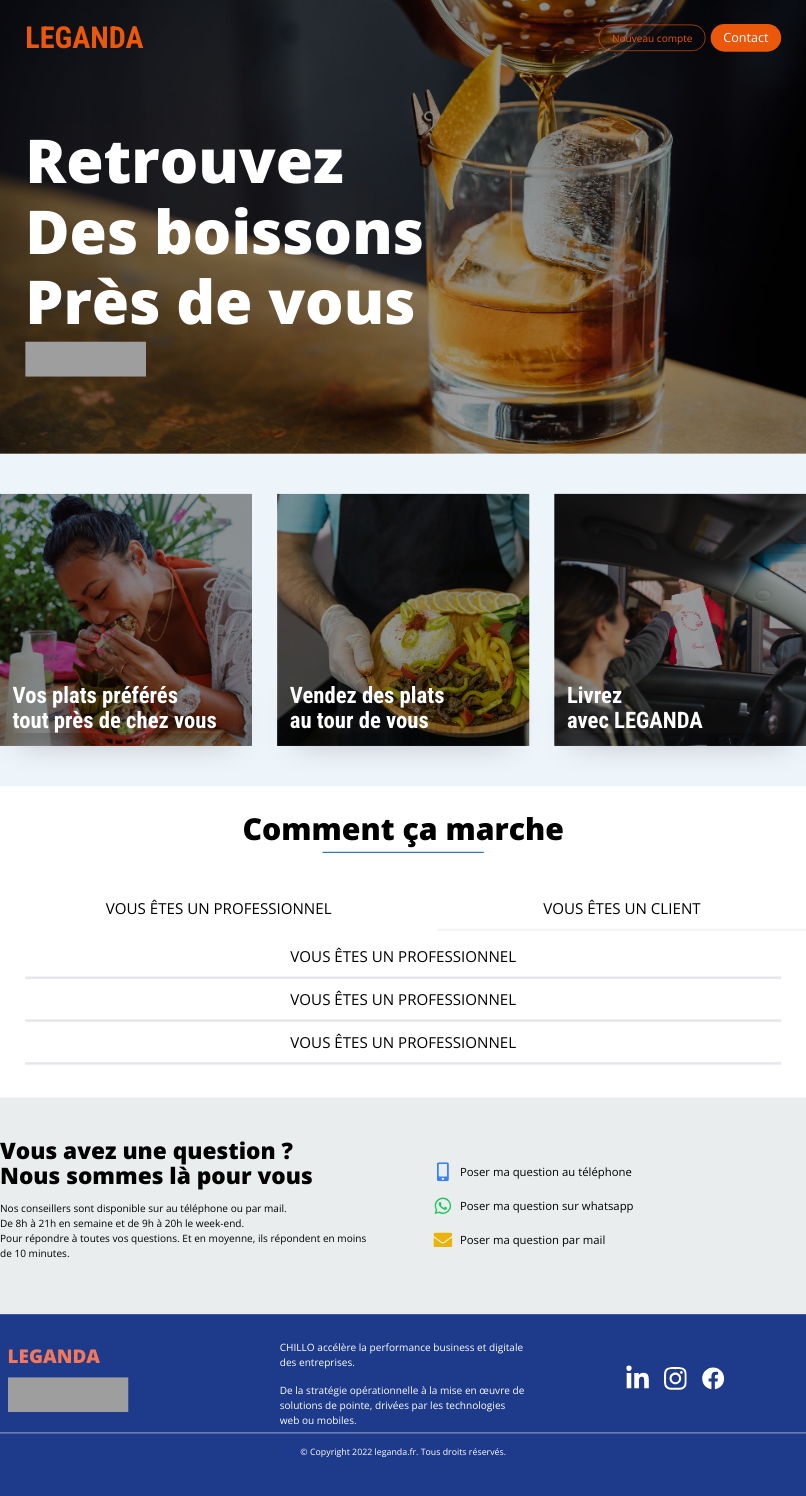
Repository: chillo-tech/website-leganda
Page: /
An editor plug-in stored every save of this project. The page is shown before and after the next save, followed by the edit.
The browser window is 1280 px wide. The pictures show the whole page, at 63% of full size.
Pictures or frames that could not be fetched are drawn as grey boxes. The project was rebuilt for these pictures with package versions that can differ from the ones it lists, and the page was loaded fresh each time. Some packages were replaced by stand-ins written for this rebuild. The framework's server and built-in components were replaced by stand-ins that run in the browser. Also part of the build but not shown: next.config.js, components/header/items/SearchBar.tsx.

Above is the page before, as saved 2023-02-09 15:05:20.

### pages/_document.tsx
import { Html, Head, Main, NextScript } from 'next/document'
import Footer from '../components/footer/Footer';

export default function Document() {
	return (
		<Html className="scroll-smooth">
			<Head>
        <link rel="preconnect" href="https://fonts.googleapis.com"/>
        <link rel="preconnect" href="https://fonts.gstatic.com"/>
        <link href="https://fonts.googleapis.com/css2?family=Open+Sans:ital,wght@0,300;0,800;1,800&family=Roboto&family=Roboto+Condensed:wght@700&display=swap" rel="stylesheet"/>
        <link rel="icon" href="/favicon.ico" />
			</Head>
			<body className='flex flex-col h-screen justify-between'>
				<Main />
				<NextScript />
				<Footer />
        <script defer type="text/javascript" src="https://maps.googleapis.com/maps/api/js?key=AIzaSyBoBBvzxlRlkbfYzZcHp8ALOwBk3YjfB-I&libraries=places" />
			</body>
		</Html>
	)
}

### styles/globals.css
@tailwind base;
@tailwind components;
@tailwind utilities;
body {
  font-family: 'Open Sans', 'Roboto', sans-serif;
}
.title {
  font-family: 'Roboto Condensed', sans-serif;
}
@layer base {
  [type="text"],
  [type="email"],
  [type="url"],
  [type="password"],
  [type="number"],
  [type="date"],
  [type="datetime-local"],
  [type="month"],
  [type="search"],
  [type="tel"],
  [type="time"],
  [type="week"],
  [multiple],
  textarea,
  select {
    @apply w-full border-gray-300 rounded-lg shadow-sm focus:border-blue-500 focus:ring-blue-500;
  }
  [type="checkbox"],
  [type="radio"] {
    @apply border-gray-300 rounded text-blue-600 focus:ring-blue-500;
  }
}

.bg-site-blue {
    background-color: #86aec0;
    color: #000000;
}

.bg-site-orange {
    background-color: #f6ac9f;
}

.color-site-blue {
   color: #86aec0;
}

.color-site-orange {
    color: #f2785c;
}

.home-page-article {
  min-height: 400px;
}

### context/search-context-provider.tsx
import { SearchParams } from '../types';
import { Context,createContext, useMemo, useReducer, useCallback } from 'react'
import SearchReducer from './SearchReducer';
import { Param } from '../types/Param';
import { INITIAL_STATE, UPDATE_SEARCH_CRITERIA } from '../utils';
import { SearchContextData } from '../types/SerchContextData';
type Props = {
  children: JSX.Element,
};
export const SearchContext = createContext<SearchContextData>({state: INITIAL_STATE});
function SearchContextProvider({children}: Props) {
  const [state, dispatch] = useReducer(SearchReducer, INITIAL_STATE);

  const update = useCallback(
    (data: Param) =>
      dispatch({
        type: UPDATE_SEARCH_CRITERIA,
        data
      }),
    [],
  );
  const value = useMemo(
    () => ({state, update }),
    [state,update],
  );
  return (
    <SearchContext.Provider value={value}>
      {children}
    </SearchContext.Provider>
  )
}

export default SearchContextProvider;

### components/footer/Footer.tsx

import React from 'react';
import { FaFacebook, FaInstagram, FaLinkedinIn } from 'react-icons/fa';
import Link from 'next/link'
import { cn, STORES } from '../../utils';
import Image from 'next/image';
function Footer() {
	return (
			<footer className="bg bg-blue-900 text-white pb-10 pt-10 font-extralight flex flex-col" id="a-propos-de-nous">
				<div className="container mx-auto px-3">
					<div className="grid grid-cols-1 gap-10 md:grid-cols-3 md:p-0 items-center">
						<div className="presentation">
              <Link href='/' className='mb-5 color-site-orange uppercase font-extrabold text-3xl'>LEGANDA
              </Link>
              <p className="flex py-4 items-center justify-center md:justify-start">
                {STORES.filter((item: any) => item.active).map((item: any, index: number) => (
                    <Link
                        href="#"
                        target="_blank"
                        key={`liens-${index}`}
                        className="block items-center py-2 w-48 h-14 relative">
                      <Image
                          fill={true}
                          src={`/images/${item.image}`}
                          alt={item?.label}
                      />
                    </Link>
                ))}
              </p>
						</div>
						<div className="presentation">
							<p className='mb-5'>CHILLO accélère la performance business et digitale des entreprises. </p>
							<p>De la stratégie opérationnelle
								à la mise en œuvre de solutions de pointe, drivées par les technologies web ou mobiles.</p>
						</div>
						<div className="presentation flex flex-col items-center justify-center">
							<div className='px-10 flex items-center justify-between text-center'>
								<FaLinkedinIn color='text-slate-300' className='px-3 text-6xl'/>
								<FaInstagram className='px-3 text-6xl'/>
								<FaFacebook className='px-3 text-6xl'/>
							</div>
							<div className='py-2'>

							</div>
						</div>
					</div>
				</div>
				<div className="copyright border-top-1 mt-2 font-light">
					<div className="container py-5 text-sm mx-auto text-center border-solid border-t border-slate-200">
						&copy; Copyright {(new Date()).getFullYear()} leganda.fr. Tous droits réservés.
					</div>
				</div>
			</footer>

	);
}

export default Footer;

### components/questions/Questions.tsx
import Link from 'next/link'
import React from 'react'
import { FaEnvelope, FaMobileAlt, FaWhatsapp } from 'react-icons/fa'

function Questions() {
  return (
    <section className='py-16 bg-app-light-green'>
        <div className="container grid md:grid-cols-2 md:gap-24 items-center px-3 md:px-0">
          <article>
            <h2 className='md:text-4xl text-3xl font-semibold text-black'>
              <p className='p-0 m-0'>Vous avez une question ?</p>
              <p className='p-0 m-0'>Nous sommes là pour vous</p>
            </h2>
            <div className='py-5'>
              <p className='p-0 m-0'>Nos conseillers sont disponible sur au téléphone ou par mail.</p>
              <p className='p-0 m-0'>De 8h à 21h en semaine et de 9h à 20h le week-end.</p>
              <p className='p-0 m-0'>Pour répondre à toutes vos questions. Et en moyenne, ils répondent en moins de 10 minutes.</p>
            </div>
          </article>
          <article>
              <Link href="tel:0033761705745" className='py-3 text-lg flex'>
                  <FaMobileAlt className='text-3xl text-blue-500 mr-3' /> Poser ma question au téléphone
              </Link>
              <Link href="whatsapp:0033761705745" className='py-3 text-lg flex'>
                  <FaWhatsapp className='text-3xl text-green-500 mr-3' /> Poser ma question sur whatsapp
              </Link>
              <Link href="mailto:armelle.leganda@gmail.com" className='py-3 text-lg flex'>
                  <FaEnvelope className='text-3xl text-yellow-500 mr-3' /> Poser ma question par mail
              </Link>
          </article>
        </div>
    </section>
  )
}

export default Questions

### components/header/Header.tsx
import { faPhone, faUser } from '@fortawesome/free-solid-svg-icons'
import { FontAwesomeIcon } from '@fortawesome/react-fontawesome'
import Link from 'next/link'
import React from 'react'
import SearchBar from './items/SearchBar'

function Header({withSearchBar = true}: {withSearchBar?: boolean}) {
  return (
    <header className="container py-4">
       <nav className='flex justify-between items-center'>
        <Link href="/" className='text-orange-600 uppercase title text-5xl'>LEGANDA
        </Link>
        {withSearchBar ? <SearchBar /> : null }
        <ul className='md:flex justify-between items-center hidden'>
          <li>
            <Link href="/" className='border border-orange-600 rounded-3xl px-5 py-2 text-orange-600 flex justify-between items-center'>
                <FontAwesomeIcon icon={faUser} className="hidden border-none text-xs mr-2" size='xs' />
                Nouveau compte
            </Link>
          </li>
          <li  className='ml-2'>
          <Link href="/" className='bg-orange-600 rounded-3xl text-xl px-5 font-medium py-2 flex text-white'>
              <FontAwesomeIcon icon={faPhone} className="hidden border-none mr-2"/>
              Contact
          </Link>
          </li>
        </ul>
      </nav>
    </header>
  )
}

export default Header

### utils/index.ts
export * from './clear-string';
export * from './DateFormat';
export * from './isValidPhoneNumber';
export * from './isValidEmail';
export * from './Endpoints';
export * from './Data';
export * from './request-options';

### components/tabs/index.tsx
import classNames from 'classnames';
import React, { useState } from 'react'
import SectionTitle from '../shared/SectionTitle';

function Tabs({items}: any) {
  const [activeTab, setActiveTab] = useState("tab-0");
  const handleClick = ({target: {id}}: any) => {
    setActiveTab(id);
  }
  return (
    <section className='container px-3 md:px-0 py-10'>
      <SectionTitle text='Comment ça marche' />
      <ul className='flex justtify-center items-center'>
        {items.map((item: any, index: number) => (
          <li key={`tab-${index}`} className={
              classNames(
                'grow border-b-4 py-2',
                { 'bg-white border-white': activeTab === `tab-${index}` },
                { 'bg-white border-gray-100 bg-gray-100': activeTab !== `tab-${index}` }
                )
              }>
            <button id={`tab-${index}`} type='button' className='uppercase w-full py-2 text-lg md:text-2xl' onClick={handleClick}>{item.label}</button>
          </li>
        ))}
      </ul>
      {items.map((item: any, index: number) => (
          <section key={`tab-${index}`} className={
              classNames(
                'grow border-b-4 py-2 px-10',
                { 'bg-white border-white block': activeTab === `tab-${index}` },
                { 'hidden': activeTab !== `tab-${index}` }
                )
              }>
             {item.infos.map((info: any, index: number) => (
              <article key={`info-${index}`} className={classNames('grow border-b-4 py-2')}>
                <button id={`tab-${index}`} type='button' className='uppercase w-full py-2 text-lg md:text-2xl' onClick={handleClick}>{item.label}</button>
              </article>
            ))}
          </section>
        ))}
    </section>
  )
}

export default Tabs

### utils/how-it-works.ts
const HOW_IT_WORKS: any = [
  {
    "label": "Vous êtes un professionnel",
    "infos": [
      {
        "title": "Publiez votre annonce",
        "description": "Présentez simplement votre produit. C'est plus pratique pour tout le monde !"
      },
      {
        "title": "Les utilisateurs vous contactent",
        "description": "Lorsqu'un utilisateur consulte votre annonce, il vous contacte directement"
      },
      {
        "title": "Entendez vous sur la logistique",
        "description": "Lorsqu'un utilisateur vous contacte, convenez du moyen le plus simple pour recevoir le service et payer"
      }
    ]
  },
  {
    "label": "Vous êtes un client",
    "infos": [
      {
        "title": "Recherchez un produit",
        "description": "Pour trouver un produit, il vous suffit de le rechercher dans les annonces publiées!"
      },
      {
        "title": "Contactez directement le professionnel",
        "description": "Quand vous avez trouvé le produit qui vous convient, contactez directement le professionnel"
      },
      {
        "title": "Entendez vous sur la logistique",
        "description": "Lorsque vous contactez un professionnel, convenez du moyen le plus simple pour recevoir le service et payer"
      }
    ]
  }
]

export {HOW_IT_WORKS}

### context/SearchReducer.ts
import { UPDATE_SEARCH_CRITERIA } from './../utils/Data';
import { Action } from './../types/Action';
import { SearchParams } from "../types";

function SearchReducer (state: SearchParams, action: Action){
  switch(action.type){
    case UPDATE_SEARCH_CRITERIA: {
        return {
          ...state,
          [action.data.key]: action.data.value
        }
    }
  }
  return state;
}

export default SearchReducer;

### utils/clear-string.ts
export const cleanString = (entry: string) => {
	return entry ? entry.replace(/^[\s\uFEFF\xA0]+|[\s\uFEFF\xA0]+$/g, '') : '';
}

### utils/DateFormat.ts
export const getFormattedDate = (entry: Date) => {
	const year = entry.getFullYear();
	const month = `0${entry.getMonth() + 1}`.slice(-2);
	const day = `0${entry.getDate()}`.slice(-2);
	return `${day}/${month}/${year}`;
};

export const getFormattedTime = (entry: Date) => {
	const hours = `0${entry.getHours()}`.slice(-2);
	const minutes = `0${entry.getMinutes()}`.slice(-2);
	return `${hours}:${minutes}`;
};

const getWeekNumber = (entry: Date) => {
	// Copy date so don't modify original
	const date = new Date(Date.UTC(entry.getFullYear(), entry.getMonth(), entry.getDate()));
	// Set to nearest Thursday: current date + 4 - current day number
	// Make Sunday's day number 7
	date.setUTCDate(date.getUTCDate() + 4 - (date.getUTCDay() || 7));
	// Get first day of year
	const yearStart = new Date(Date.UTC(date.getUTCFullYear(), 0, 1));
	// Calculate full weeks to nearest Thursday
	return Math.ceil((((Number(date) - Number(yearStart)) / 86400000) + 1) / 7);
	// Return array of year and week number

}

export const getDayAndMonthLabel = (entry: Date) => {
	const days = ['Dimanche', 'Lundi', 'Mardi', 'Mercredi', 'Jeudi', 'Vendredi', 'Samedi'];
	const months = ["Jan.", "Fev.", "Mars", "Avr.", "MaI", "Juin",
		"Jul.", "Août", "Sep.", "Oct.", "Nov.", "Dec."
	];
	return [days[entry.getDay()], months[entry.getMonth()]];
}

export const getDisplayedDate = (entry: string = "") => {
	if (!entry.trim().length) {
		return entry;
	}
	const adWeekNo = getWeekNumber(new Date(entry));
	const todayWeekNo = getWeekNumber(new Date());
	if ((adWeekNo - todayWeekNo) > 1) {
		const [dayOfDate, month, year] = getFormattedDate(new Date(entry)).split('/');
		const [dayOfWeekLabel, monthLabel] = getDayAndMonthLabel(new Date(entry));
		return `${dayOfWeekLabel}, ${dayOfDate} ${monthLabel}`;
	} else {
		const [dayOfWeekLabel] = getDayAndMonthLabel(new Date(entry));
		return dayOfWeekLabel;
	}
};

### utils/isValidPhoneNumber.ts
export const isValidPhoneNumber = (value: string) => {
	const PHONE_REGEXP = /^0[6|7]\d{8}$/
	return PHONE_REGEXP.test(value);
}

### utils/isValidEmail.ts
export const isValidEmail = (value: string) => {
	const EMAIL_REGEXP = /^\S+@\S+\.\S+$/;
	return value.trim().length ? EMAIL_REGEXP.test(value) : true;
}

### utils/Endpoints.ts
export const LOCAL_DNS = 'http://192.168.111.244:9090';//verifier ipconfig avant d'exécuter
export const PROD_DNS = "https://api.leganda.chillo.fr";
export const IMAGES_URL = `${PROD_DNS}/assets`;
export const BACKOFFICE_URL = `${PROD_DNS}/api/v1`;
export const ADS_ENDPOINT = "ad";
export const FAVORITE_ENDPOINT = "favorite";
export const ACCOUNT_ENDPOINT = "account";
export const ADDRESS_ENDPOINT = "address";
export const CATEGORY_ENDPOINT = "category";
export const GOOGLE_PACES_API_BASE_URL = 'https://maps.googleapis.com/maps/api/place';
export const GOOGLE_PACES_API_KEY = 'AIzaSyBoBBvzxlRlkbfYzZcHp8ALOwBk3YjfB-I';
export const MAP_ZOOM = 10;
export const GOOGLE_PACES_CENTER_COORDINATES = {lat: 48.117266,lng: -1.677793};

### utils/Data.ts
import {EMAIL, PHONE} from "./providers";
export const CATEGORY_BGCOLORS = [ "#BCA1F2", "#BCDDE4", "#CFEACB", "#F4E169"];
export const PLUS_FAVORITES_UPDATED = "Super cette annonce a été ajoutée à vos favoris";
export const REMOVE_FAVORITES_UPDATED = "Cette annonce a été retirée de vos favoris";
export const AUTHENTICATED_USER = "authenticatedUser";
export const MAPBOX_ACCESSTOKEN = "pk.eyJ1IjoiYWNoaWxsZW1ib3VndWVuZyIsImEiOiJja3Zvd3EzcmswaThkMnZrZ25iYmtveDBhIn0.pDR7pKL18d3iz5NoaRmWYg";
export const RESET_AD = "RESET_AD";
export const DELETE_KEY = "DELETE_KEY";
export const SET_NUMBER_OF_CHILDREN = "SET_NUMBER_OF_CHILDREN";
export const SET_ADS = "SET_ADS";
export const SET_CATS = "SET_CATS";
export const SET_CAT = "SET_CAT";
export const SET_AD = "SET_AD";
export const SET_SELECTED_ITEM_ID = "SET_SELECTED_ITEM_ID";
export const SET_STEP_INDEX = "SET_STEP_INDEX";
export const UPDATE_AD = "UPDATE_AD";
export const UPDATE_SEARCH_CRITERIA = "UPDATE_SEARCH_CRITERIA";
export const UPDATE_USER_INFOS = "UPDATE_USER_INFOS";
export const USER_TOKEN = "USER_TOKEN";
export const SIGN_IN = 'SIGN_IN';
export const SIGN_OUT = 'SIGN_OUT';
export const SIGN_UP = 'SIGN_UP';
export const RECOMMEND_TEXT = "Bonjour, j'ai découvert cette application qui a de belles annonces. Je te la recommande";
export const RESTORE_TOKEN = "RESTORE_TOKEN";
export const AD_PLACEHOLDER = ["Taro du dimanche", "20kg à destination de Yaoundé", "Carton de Guinness", "Stage de developpeur"];
export const STORES = [
	{
		image: 'google-app-store-badge.svg',
		active: true,
		path: '#',
		label: 'LEGANDA sur PLAY STORE'
	},
	{
		image: 'apple-app-store-badge.svg',
		active: false,
		path: '#',
		label: 'LEGANDA sur APPLE STORE'
	}
]
export const HEADERS_ITEMS = [
	{
		image: '/images/food.jpeg',
		active: true,
		label: 'Des mets'
	},
	{
		image: '/images/drinks.jpeg',
		active: false,
		label: 'Des boissons'
	},
	{
		image: '/images/spices.jpeg',
		active: false,
		label: 'Des épices'
	},
	{
		image: '/images/service.jpeg',
		active: false,
		label: 'Des services'
	}
]
export const INITIAL_STATE = {
		address: {city: ''}
}

export const HELP_LINK = {
	whatsapp: `whatsapp://send?text=&phone=${PHONE}`,
	sms: `sms:${PHONE}`,
	mail: `mailto:${EMAIL}`,
	phone: `tel:${PHONE}`
}

export const SHARE_LINK = {
	whatsapp: `whatsapp://send?text=`,
	sms: `sms:body=`,
	mail: `mailto:${EMAIL}`,
	phone: `tel:${PHONE}`
}

export const MORESCREEN_DATA = [
	{
		id: 'recommendations',
		title: "Recommandations",
		items: [
			{
				id: '587',
				icon: 'thumbs-up',
				name: 'sms',
				action: 'recommend',
				title: 'Recommandez notre application',
			},
			{
				id: '588',
				icon: 'facebook',
				name: 'facebook',
				action: 'recommend',
				title: 'Aimez notre page facebook',
			},
			{
				id: '589',
				icon: 'thumbs-up',
				name: 'like',
				action: 'recommend',
				title: 'Notez nous sur le store',
			}
		]
	},
	{
		id: 'assistance',
		title: "assistance",
		items: [
			{
				id: '386',
				icon: 'whatsapp',
				name: 'whatsapp',
				action: 'help',
				title: 'Posez votre question via whatsapp',
			},
			{
				id: '387',
				icon: 'sms',
				name: 'sms',
				action: 'help',
				title: 'Posez votre question  par sms',
			},
			{
				id: '389',
				name: 'mail',
				action: 'help',
				icon: 'envelope',
				title: 'Envoyez nous un mail',
			},
			{
				id: '388',
				icon: 'phone-alt',
				name: 'phone',
				action: 'help',
				title: 'Appelez nous',
			}
		]
	}
]

export const loaderProp =({ src }: {src: string}) => {
  console.log('====================================');
  console.log(src);
  console.log('====================================');
  return src;
}
export const cn = (...classes: string[]) =>{
  return classes.filter(Boolean).join(' ')
}

### utils/request-options.ts
export const getHeaders = () => ({
	'X-Requested-With': 'XMLHttpRequest',
	'Content-Type': 'application/x-www-form-urlencode',
	Accept: "application/json"
});

### components/shared/SectionTitle.tsx
import React from 'react'

function SectionTitle( {text, underline = true}: {underline?: boolean, text: string}) {
  return (
    <h2 className="flex flex-col items-center justify-center md:mb-14 mb-4">
      <span className='px-10 py-1 text-center font-bold text-2xl md:text-5xl'>
        {text}
      </span>
      { underline ? (<span className='border-b-2 border-app-blue px-10 w-64 mt-2'/>) : null }
    </h2>
  )
}

export default SectionTitle

### utils/providers.ts


export const PHONE = "+33761705745";
export const EMAIL = "achille.mbougueng@yahoo.fr";

export const OPENCAGE_GEOCODE_API = "https://api.opencagedata.com/geocode/v1/json";
export const OPENCAGE_API_KEY = "2dd86530d37b4cf3a321d24e6c624a40";

export const MAPBOX_API_KEY = "pk.eyJ1IjoiYWNoaWxsZW1ib3VndWVuZyIsImEiOiJja3Zvd3EzcmswaThkMnZrZ25iYmtveDBhIn0.pDR7pKL18d3iz5NoaRmWYg";
export const MAPBOX_PLACES = "https://api.mapbox.com/geocoding/v5/mapbox.places";

Loaded but not shown: pages/_app.tsx (common file); tailwind.config.js (38 lines, source omitted); pages/index.tsx (146 lines, source omitted)

After the next save:
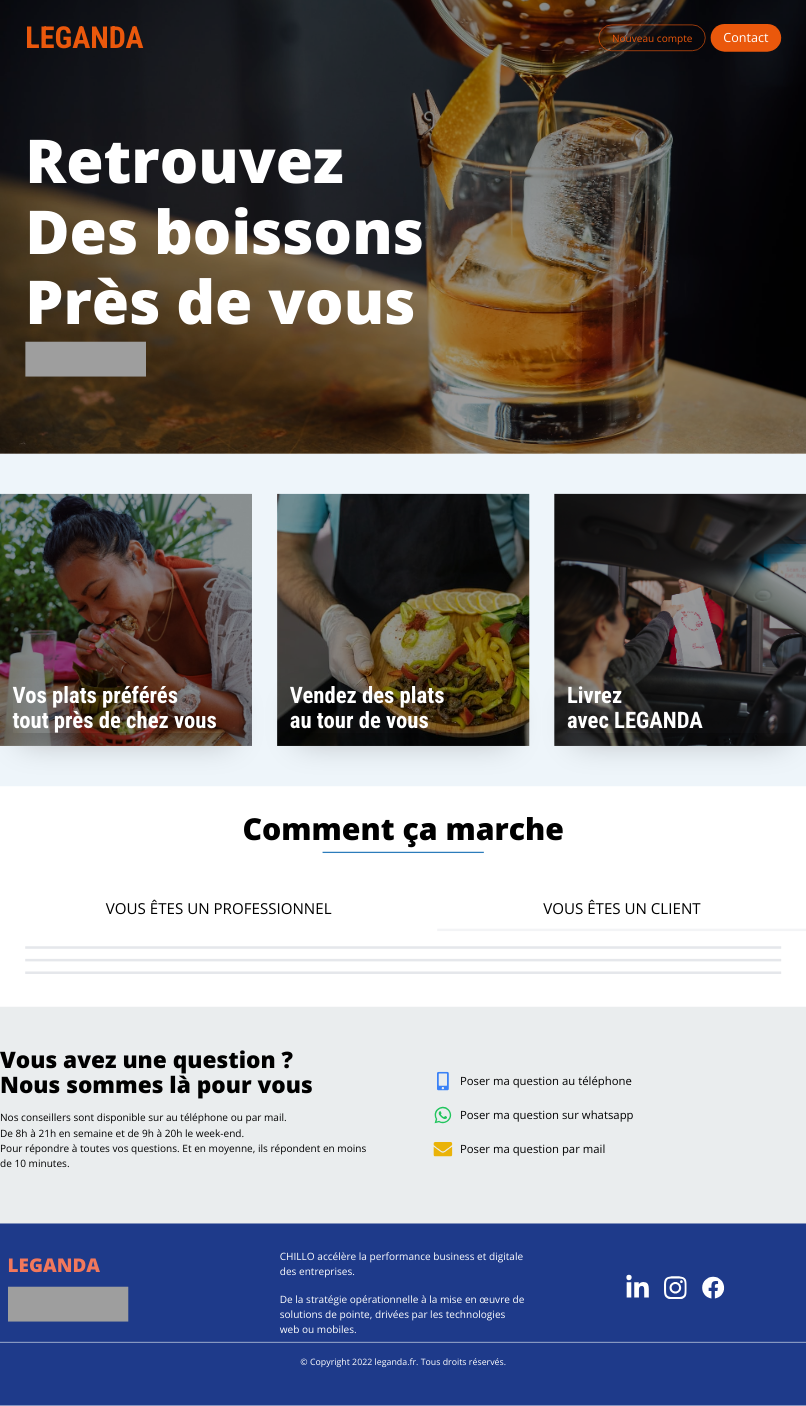
Saved 30 s later.
--- a/components/tabs/index.tsx
+++ b/components/tabs/index.tsx
@@ -33,7 +33,7 @@
               }>
              {item.infos.map((info: any, index: number) => (
               <article key={`info-${index}`} className={classNames('grow border-b-4 py-2')}>
-                <button id={`tab-${index}`} type='button' className='uppercase w-full py-2 text-lg md:text-2xl' onClick={handleClick}>{item.label}</button>
+                <h3>{info.label}</h3>
               </article>
             ))}
           </section>
